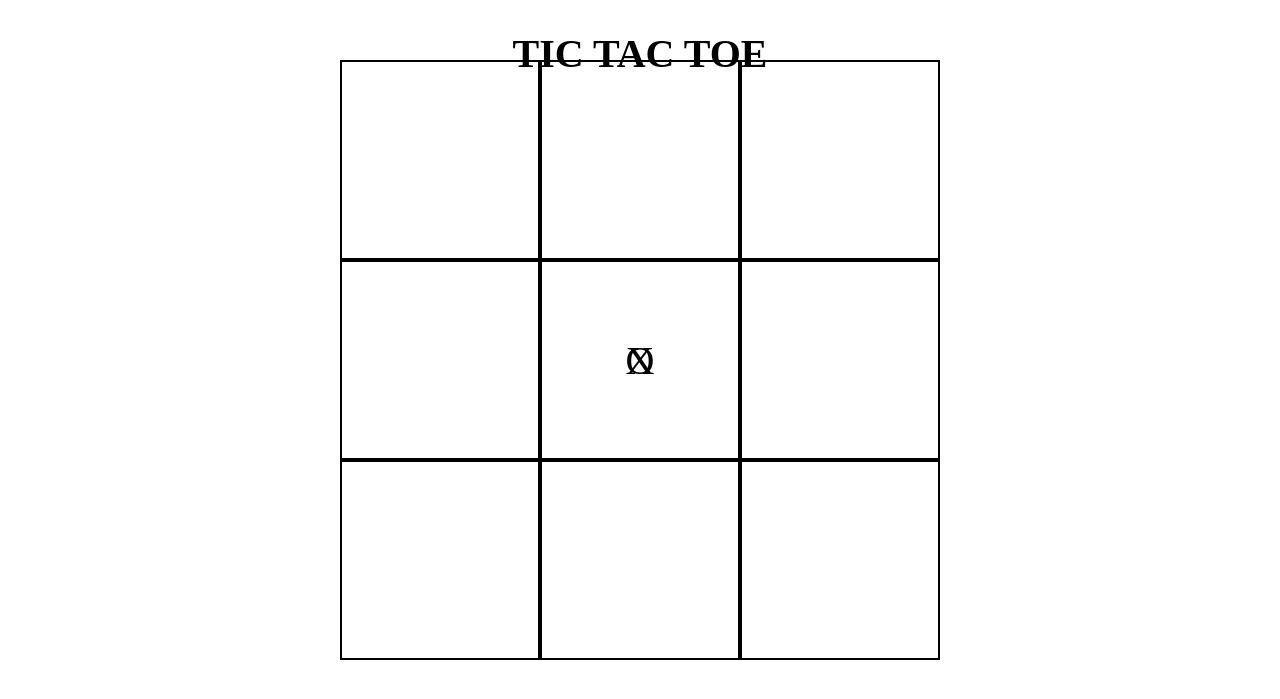
Repository: baumanmilosz/tictactoe
Page: index.html
The author's editor kept a copy of each file at every save. The page is drawn from the files as they stood at one save, then again after the next save.
The browser window is 1280 px wide. The pictures show the whole page.

Above is the page before, as saved 2019-02-24 13:08:04.

### index.html
<!DOCTYPE html>
<html lang="en">

<head>
  <meta charset="UTF-8">
  <meta name="viewport" content="width=device-width, initial-scale=1.0">
  <meta http-equiv="X-UA-Compatible" content="ie=edge">
  <link rel="stylesheet" href="./style.css">
  <title>Tic Tac Toe</title>
</head>

<body>
  <header class="game-header">
    <h1 class="game-title">Tic Tac Toe</h1>
    <h2 class="winner"></h2>
  </header>
  <div class="board">
    <div class="box circle" data-row="1" data-col="1"></div>
    <div class="box cross" data-row="1" data-col="2"></div>
    <div class="box" data-row="1" data-col="3"></div>
    <div class="box" data-row="2" data-col="1"></div>
    <div class="box" data-row="2" data-col="2"></div>
    <div class="box" data-row="2" data-col="3"></div>
    <div class="box" data-row="3" data-col="1"></div>
    <div class="box" data-row="3" data-col="2"></div>
    <div class="box" data-row="3" data-col="3"></div>
  </div>

  <script src="./script.js"></script>
</body>

</html>

### style.css
* {
  margin: 0;
  padding: 0;
  box-sizing: border-box;
}

html {
  font-size: 10px;
}

body {
  position: relative;
  height: 100vh;
}

.game-header {
  padding: 3rem 0;
  text-align: center;
}

.game-header .game-title {
  font-size: 4rem;
  text-transform: uppercase;
}

.board {
  display: flex;
  flex-wrap: wrap;
  justify-content: center;
  align-items: center;
  position: absolute;
  left: 50%;
  top: 50%;
  transform: translate(-50%, -50%);
  width: 50vw;
  height: 50vw;
  max-width: 600px;
  max-height: 600px;
}

.box {
  width: 33.3%;
  height: 33.3%;
  display: flex;
  cursor: pointer;
  border: 2px solid black;
}

/* .box {
  position: relative;
  width: 100%;
  height: 100%;
} */

.box.circle::before, .box.cross::after {
  position: absolute;
  left: 50%;
  top: 50%;
  transform: translate(-50%,-50%);
  font-size: 40px;
}

.box.circle:before{
  content: 'O';
}

.box.cross::after{
  content: 'X';
}

### script.js
var boxes = document.querySelectorAll('.box');
// const firstRowBoxes = [...document.querySelectorAll('.first-row > .box')];
// const secondRowBoxes = [...document.querySelectorAll('.second-row > .box')];
// const thirdRowBoxes = [...document.querySelectorAll('.third-row > .box')];
const winner = document.querySelector('.winner');

winner.style.display = "none";

const combinations = [
  [1, 2, 3], [4, 5, 6], [7, 8, 9],
  [1, 4, 7], [2, 5, 8], [3, 6, 9],
  [1, 5, 9], [3, 5, 7]
]

let oddPlayer = true;

function move() {
  if (oddPlayer) {
    this.classList.add('circle');
  } else {
    this.classList.add('cross');
  }
  oddPlayer = !oddPlayer;
  console.log(this.dataset);
}

boxes.forEach(box => box.addEventListener('click', move));

After the next save:
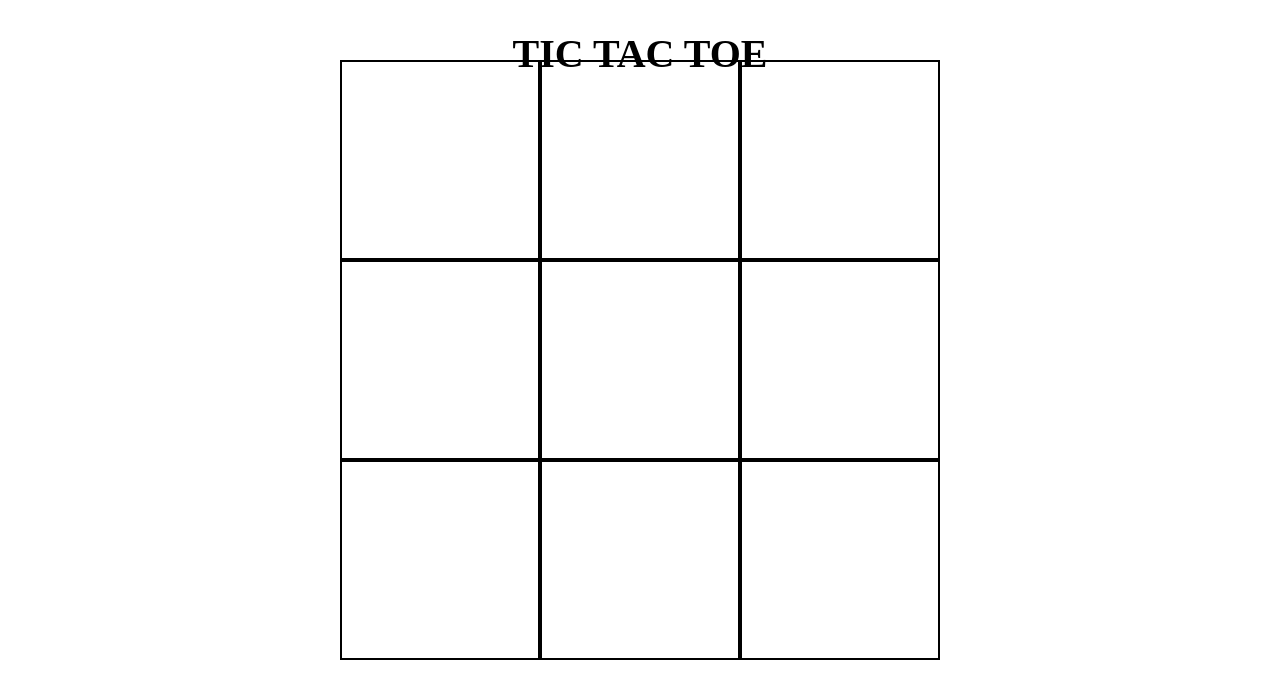
Saved 8 s later.
--- a/index.html
+++ b/index.html
@@ -15,8 +15,8 @@
     <h2 class="winner"></h2>
   </header>
   <div class="board">
-    <div class="box circle" data-row="1" data-col="1"></div>
-    <div class="box cross" data-row="1" data-col="2"></div>
+    <div class="box" data-row="1" data-col="1"></div>
+    <div class="box" data-row="1" data-col="2"></div>
     <div class="box" data-row="1" data-col="3"></div>
     <div class="box" data-row="2" data-col="1"></div>
     <div class="box" data-row="2" data-col="2"></div>
